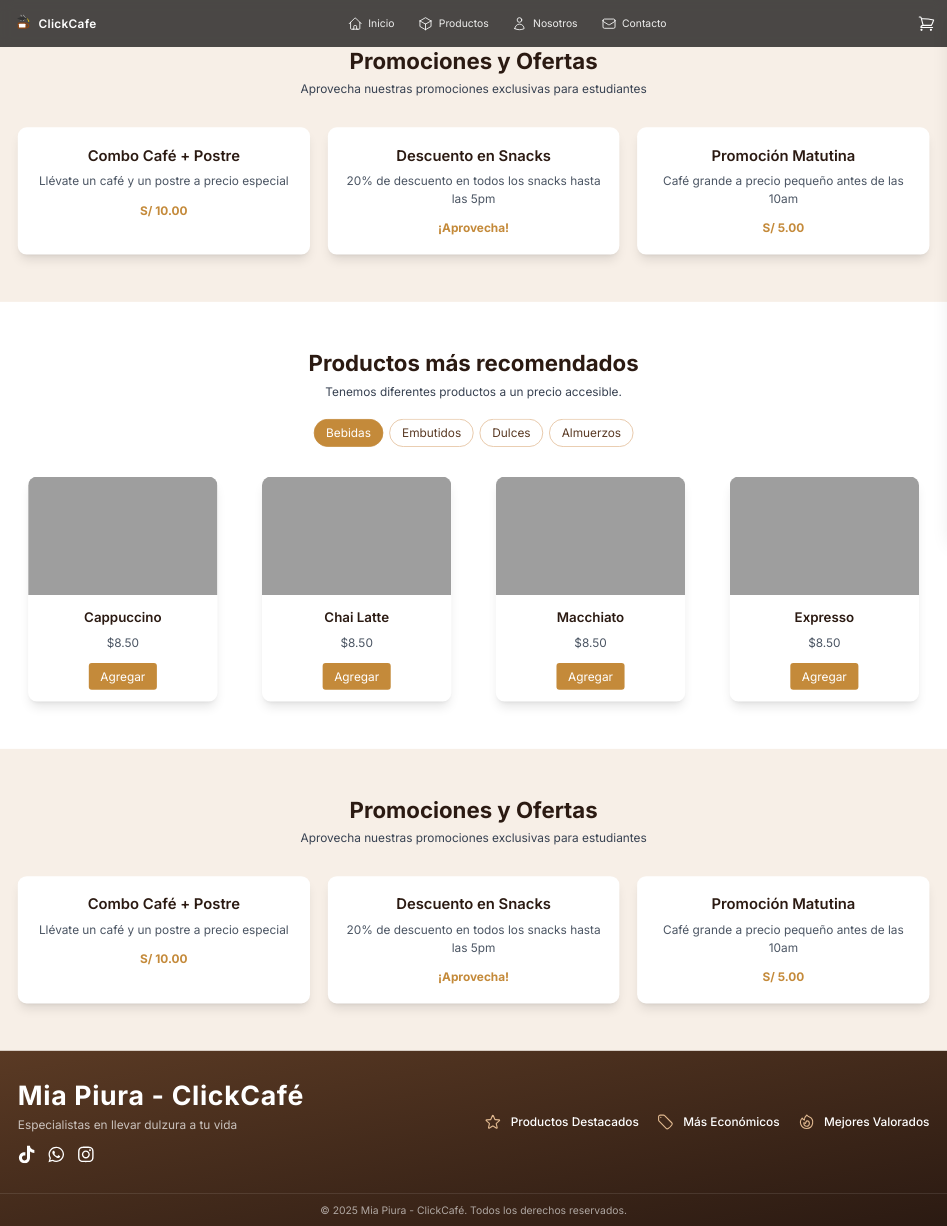
Repository: Adrian-JP777/INTEGRADOR
Page: /home (app in clickcafe/)
These files come from the project's save history. The page is drawn as it stood at one moment and after the next save; the edit follows.
The browser window is 1280 px wide. The pictures show the whole page, at 74% of full size.
Pictures or frames that could not be fetched are drawn as grey boxes. The project was rebuilt for these pictures with package versions that can differ from the ones it lists, and the page was loaded fresh each time. Also part of the build but not shown: clickcafe/vite.config.js, clickcafe/src/pages/ProductsPage.jsx, clickcafe/src/pages/AboutPage.jsx, clickcafe/src/layouts/AdminLayout.jsx, clickcafe/src/pages/admin/AdminHomePage.jsx, clickcafe/src/pages/admin/AdminProductsPage.jsx, clickcafe/src/pages/admin/AdminPedidosPage.jsx, clickcafe/src/pages/admin/AdminSalesPage.jsx.

Above is the page before, as saved 2025-09-24 23:36:28.

After the next save:
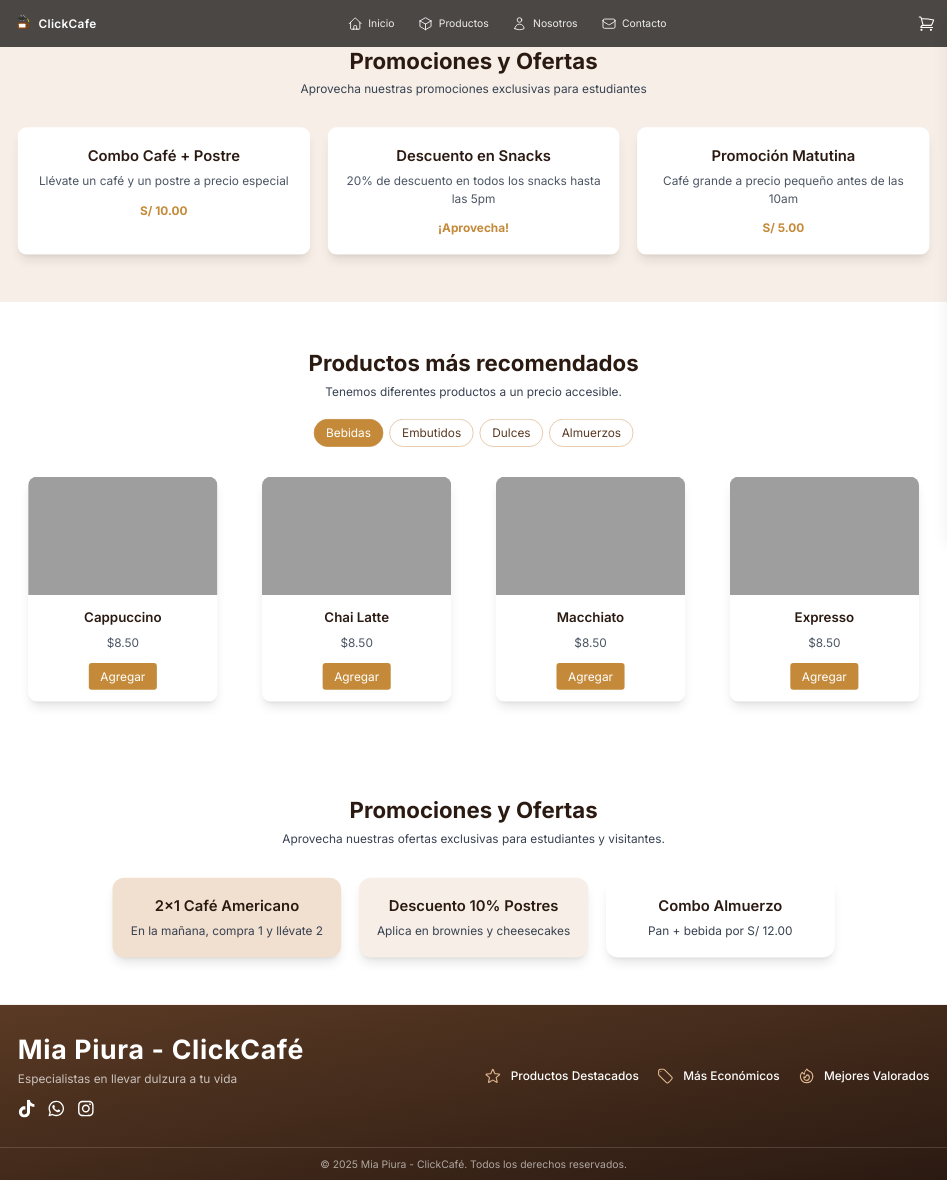
Saved 4 s later.
--- a/clickcafe/src/components/Promotions.jsx
+++ b/clickcafe/src/components/Promotions.jsx
@@ -1,61 +1,47 @@
-// src/components/Promotions.jsx
 import { motion } from "framer-motion";
 
 export default function Promotions() {
-  const promociones = [
-    {
-      titulo: "Combo Café + Postre",
-      descripcion: "Llévate un café y un postre a precio especial",
-      precio: "S/ 10.00",
-    },
-    {
-      titulo: "Descuento en Snacks",
-      descripcion: "20% de descuento en todos los snacks hasta las 5pm",
-      precio: "¡Aprovecha!",
-    },
-    {
-      titulo: "Promoción Matutina",
-      descripcion: "Café grande a precio pequeño antes de las 10am",
-      precio: "S/ 5.00",
-    },
+  const offers = [
+    { title: "2x1 Café Americano", desc: "En la mañana, compra 1 y llévate 2", color: "bg-cafe-100" },
+    { title: "Descuento 10% Postres", desc: "Aplica en brownies y cheesecakes", color: "bg-cafe-50" },
+    { title: "Combo Almuerzo", desc: "Pan + bebida por S/ 12.00", color: "bg-cafe-200" },
   ];
 
   return (
-    <section className="py-16 bg-cafe-50">
-      <div className="max-w-7xl mx-auto px-6">
+    <section className="py-16 bg-white">
+      <div className="max-w-5xl mx-auto px-6">
         <motion.h2
           className="titulo-seccion text-center text-3xl font-bold"
-          initial={{ opacity: 0, y: -20 }}
+          initial={{ opacity: 0, y: -30 }}
           whileInView={{ opacity: 1, y: 0 }}
-          viewport={{ once: true }}
+          viewport={{ once: false, amount: 0.3 }}
           transition={{ duration: 0.6 }}
         >
           Promociones y Ofertas
         </motion.h2>
 
         <motion.p
-          className="text-center mt-2 text-gray-700"
+          className="text-center mt-2 parrafo-suave text-gray-700"
           initial={{ opacity: 0, y: 20 }}
           whileInView={{ opacity: 1, y: 0 }}
-          viewport={{ once: true }}
+          viewport={{ once: false, amount: 0.3 }}
           transition={{ duration: 0.6, delay: 0.2 }}
         >
-          Aprovecha nuestras promociones exclusivas para estudiantes
+          Aprovecha nuestras ofertas exclusivas para estudiantes y visitantes.
         </motion.p>
 
-        <div className="mt-10 grid grid-cols-1 sm:grid-cols-2 md:grid-cols-3 gap-6">
-          {promociones.map((p, i) => (
+        <div className="mt-10 grid md:grid-cols-3 gap-6">
+          {offers.map((o, i) => (
             <motion.div
               key={i}
-              className="bg-white rounded-xl p-6 shadow-lg text-center"
-              initial={{ opacity: 0, y: 30, scale: 0.9 }}
-              whileInView={{ opacity: 1, y: 0, scale: 1 }}
-              viewport={{ once: true }}
+              initial={{ opacity: 0, y: 50 }}
+              whileInView={{ opacity: 1, y: 0 }}
+              viewport={{ once: false, amount: 0.3 }}
               transition={{ duration: 0.6, delay: i * 0.2 }}
+              className={`${o.color} p-6 rounded-2xl shadow-lg flex flex-col items-center text-center`}
             >
-              <h3 className="font-semibold text-xl">{p.titulo}</h3>
-              <p className="mt-2 text-gray-600">{p.descripcion}</p>
-              <span className="mt-4 block text-cafe-500 font-bold">{p.precio}</span>
+              <h3 className="font-semibold text-xl mb-2">{o.title}</h3>
+              <p className="text-gray-700">{o.desc}</p>
             </motion.div>
           ))}
         </div>
